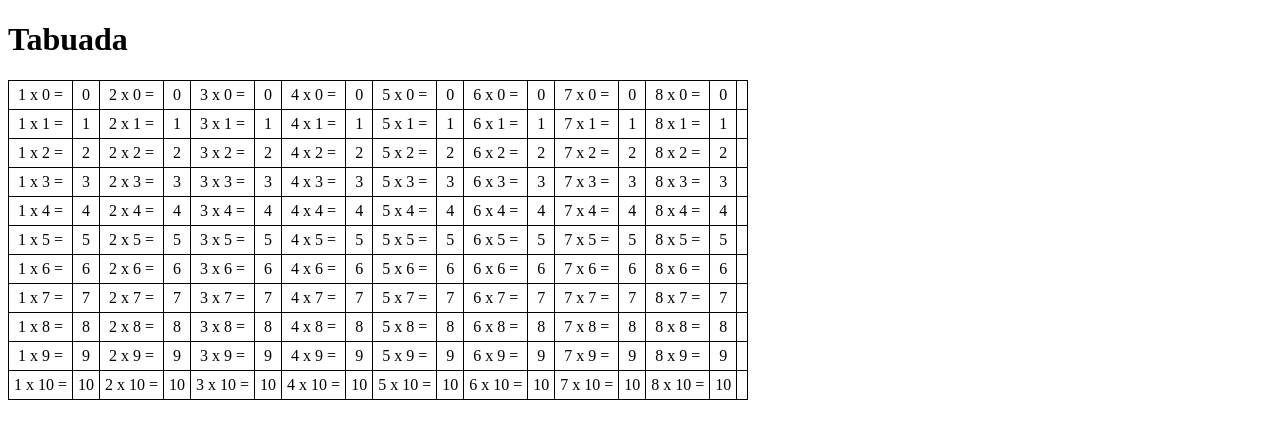
Repository: JulioCesarSF/Java
Page: http://localhost/Exercicio_02-JSPs/tabuada.jsp
These files come from the project's save history. The page is drawn as it stood at one moment and after the next save; the edit follows.
The browser window is 1280 px wide. The pictures show the whole page.
The page is served by Tomcat 9.

Above is the page before, as saved 2016-08-17 18:27:31.

After the next save:
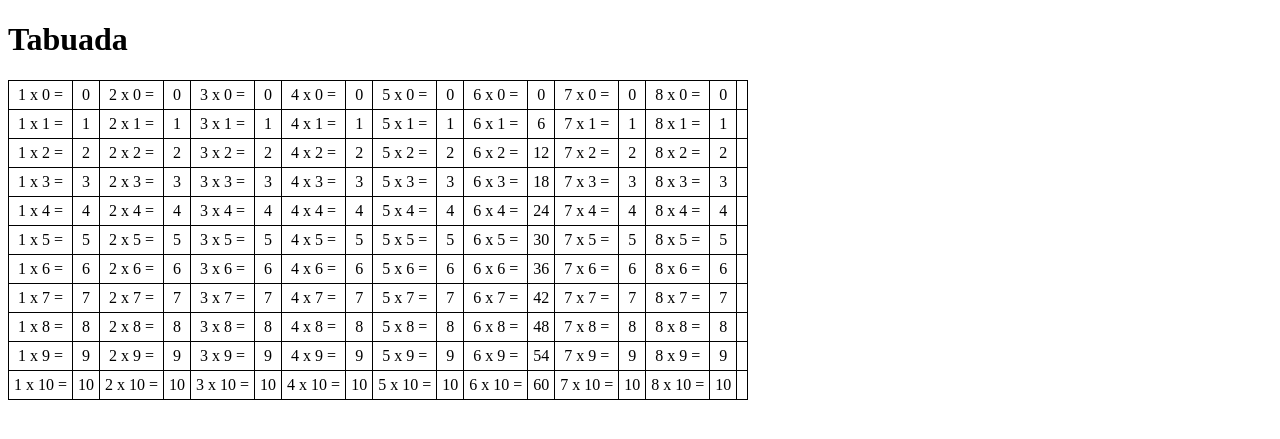
Saved 9 s later.
--- a/ProjetosFaculdade/Thiago/Exercicio_02-JSPs/WebContent/tabuada.jsp
+++ b/ProjetosFaculdade/Thiago/Exercicio_02-JSPs/WebContent/tabuada.jsp
@@ -47,7 +47,7 @@
 
 			<% n++; %>
 			<td><%=n%> x <%=i%> =</td>
-			<td><%=r%>
+			<td><%=n*i%>
 
 			<% n++; %>
 			<td><%=n%> x <%=i%> =</td>
